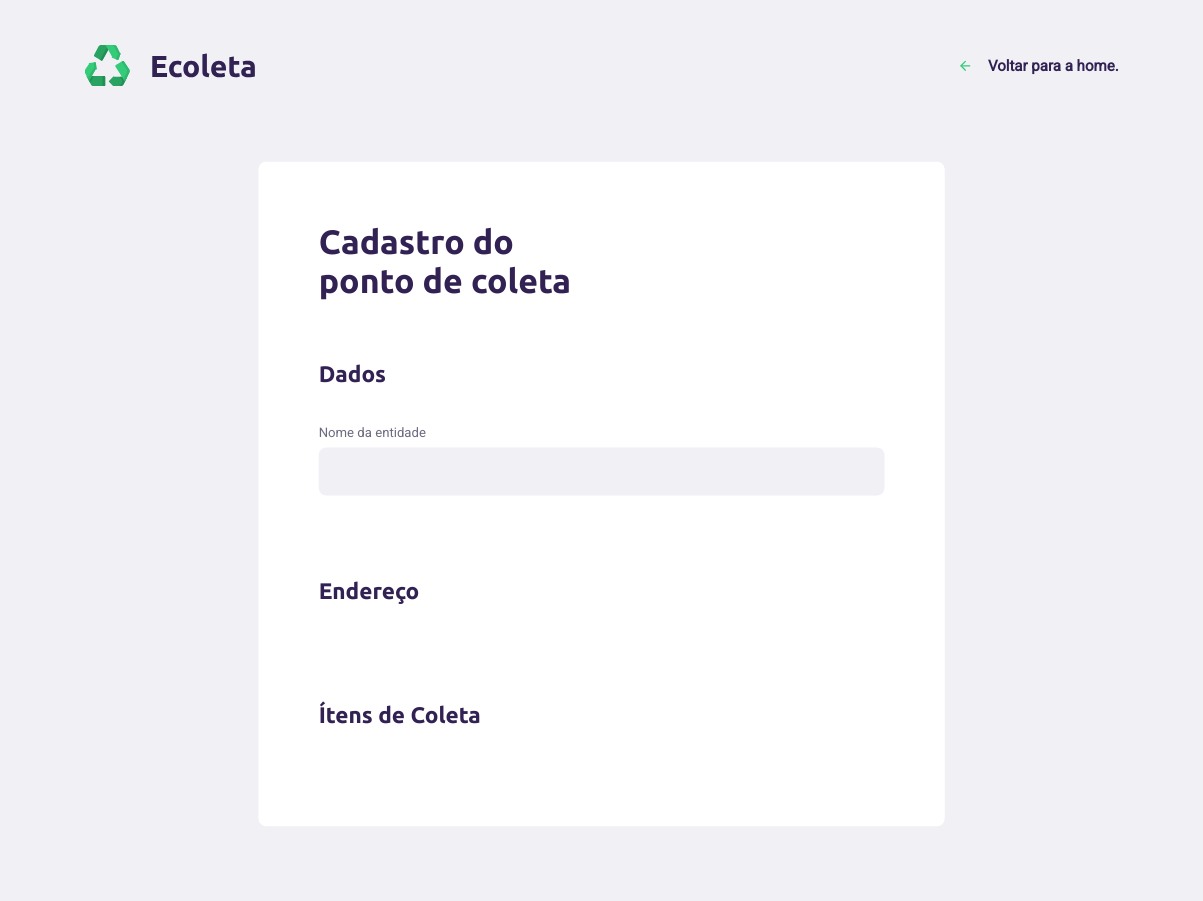
Repository: DavidSamerson/NLW_treinamento_2020
Page: /CreatePoint (app in webapp/)
An editor plug-in stored every save of this project. The page is shown before and after the next save, followed by the edit.
The browser window is 1280 px wide. The pictures show the whole page, at 94% of full size.
The project was rebuilt for these pictures with package versions that can differ from the ones it lists, and the page was loaded fresh each time. Also part of the build but not shown: webapp/src/pages/Home/styles.css, webapp/src/pages/Home/index.tsx.

Above is the page before, as saved 2020-06-16 15:20:55.

### webapp/public/index.html
<!DOCTYPE html>
<html lang="en">
  <head>
    <meta charset="utf-8" />
    <link rel="icon" href="%PUBLIC_URL%/favicon.ico" />
    <meta name="viewport" content="width=device-width, initial-scale=1" />
    <meta name="theme-color" content="#34CB79" />
    <link href="https://fonts.googleapis.com/css2?family=Roboto&family=Ubuntu:wght@700&display=swap" rel="stylesheet">
    <meta
      name="description"
      content="Web site created using create-react-app"
    />
    <link rel="apple-touch-icon" href="%PUBLIC_URL%/logo192.png" />
    <!--
      manifest.json provides metadata used when your web app is installed on a
      user's mobile device or desktop. See https://developers.google.com/web/fundamentals/web-app-manifest/
    -->
    <link rel="manifest" href="%PUBLIC_URL%/manifest.json" />
    <!--
      Notice the use of %PUBLIC_URL% in the tags above.
      It will be replaced with the URL of the `public` folder during the build.
      Only files inside the `public` folder can be referenced from the HTML.

      Unlike "/favicon.ico" or "favicon.ico", "%PUBLIC_URL%/favicon.ico" will
      work correctly both with client-side routing and a non-root public URL.
      Learn how to configure a non-root public URL by running `npm run build`.
    -->
    <title>React App</title>
  </head>
  <body>
    <noscript>You need to enable JavaScript to run this app.</noscript>
    <div id="root"></div>
    <!--
      This HTML file is a template.
      If you open it directly in the browser, you will see an empty page.

      You can add webfonts, meta tags, or analytics to this file.
      The build step will place the bundled scripts into the <body> tag.

      To begin the development, run `npm start` or `yarn start`.
      To create a production bundle, use `npm run build` or `yarn build`.
    -->
  </body>
</html>

### webapp/src/App.tsx
import React from 'react';
import './App.css';

import Home from './pages/Home';
import CreatePoint from './pages/CreatePoint';

import Routes from './routes';

//JSX -> sintaxe de xml dentro do javascript


function App() {

  return (
    <div>
        <Routes />
    </div>
  );
}

export default App;

//import React, {useState} from 'react';
//import Header from './header';


/*const [counter, setCounter] = useState(0); //[valor do estado / função para atualizar o valor do estado]
//Estado e Imutabilidade

function handleButton(){
    setCounter(counter + 1);
} */

// <Header title={`ECOLETA ${counter}`}/> -----> Passando variaveis via HTML

/*<Header title="ECOLETA 1"/>
        <Header title="ECOLETA 2"/>
        <Header title="ECOLETA 3"/>
        <Header title={`ECOLETA ${counter}`}/>

        <h1>{counter}</h1>
        <button type="button" onClick={handleButton}>Aumentar</button> */

### webapp/src/routes.tsx
import React from 'react';
import { Route, BrowserRouter } from 'react-router-dom';

import Home from './pages/Home';
import CreatePoint from './pages/CreatePoint';

const Routes = () => {
    return (
        <BrowserRouter>
            <Route component={Home} path="/" exact />
            <Route component={CreatePoint} path="/CreatePoint"/>
        </BrowserRouter>
    );
}
export default Routes;

### webapp/src/pages/CreatePoint/index.tsx
import React from 'react';
import './styles.css';
import logo from '../../assets/logo.svg';
import { Link } from 'react-router-dom';
import {FiArrowLeft} from 'react-icons/fi';

const CreatePoint = () => {
    return (
        <div id="page-create-point">
            <header>
                <img src={logo} alt="Ecoleta" />
                <Link to="/">
                    <FiArrowLeft />
                    Voltar para a home.
                </Link>
            </header>

            <form action="">
                <h1>Cadastro do <br /> ponto de coleta</h1>
                <fieldset>
                    <legend>
                        <h2>Dados</h2>
                    </legend>
                    <div className="field">
                        <label htmlFor="name">
                            Nome da entidade
                        </label>
                        <input
                            id="name"
                            name="name"
                            type="text"
                        />
                    </div>
                </fieldset>

                <fieldset>
                    <legend>
                        <h2>Endereço</h2>
                    </legend>
                </fieldset>

                <fieldset>
                    <legend>
                        <h2>Ítens de Coleta</h2>
                    </legend>
                </fieldset>
            </form>
        </div>
    )
};

export default CreatePoint;

### webapp/src/pages/CreatePoint/styles.css
#page-create-point {
  width: 100%;
  max-width: 1100px;

  margin: 0 auto;
}

#page-create-point header {
  margin-top: 48px;

  display: flex;
  justify-content: space-between;
  align-items: center;
}

#page-create-point header a {
  color: var(--title-color);
  font-weight: bold;
  text-decoration: none;

  display: flex;
  align-items: center;
}

#page-create-point header a svg {
  margin-right: 16px;
  color: var(--primary-color);
}

#page-create-point form {
  margin: 80px auto;
  padding: 64px;
  max-width: 730px;
  background: #FFF;
  border-radius: 8px;

  display: flex;
  flex-direction: column;
}

#page-create-point form h1 {
  font-size: 36px;
}

#page-create-point form fieldset {
  margin-top: 64px;
  min-inline-size: auto;
  border: 0;
}

#page-create-point form legend {
  width: 100%;
  display: flex;
  justify-content: space-between;
  align-items: center;
  margin-bottom: 40px;
}

#page-create-point form legend h2 {
  font-size: 24px;
}

#page-create-point form legend span {
  font-size: 14px;
  font-weight: normal;
  color: var(--text-color);
}

#page-create-point form .field-group {
  flex: 1;
  display: flex;
}

#page-create-point form .field {
  flex: 1;

  display: flex;
  flex-direction: column;
  margin-bottom: 24px;
}

#page-create-point form .field input[type=text],
#page-create-point form .field input[type=email],
#page-create-point form .field input[type=number] {
  flex: 1;
  background: #F0F0F5;
  border-radius: 8px;
  border: 0;
  padding: 16px 24px;
  font-size: 16px;
  color: #6C6C80;
}

#page-create-point form .field select {
  -webkit-appearance: none;
  -moz-appearance: none;
  appearance: none;
  flex: 1;
  background: #F0F0F5;
  border-radius: 8px;
  border: 0;
  padding: 16px 24px;
  font-size: 16px;
  color: #6C6C80;
}

#page-create-point form .field input::placeholder {
  color: #A0A0B2;
}

#page-create-point form .field label {
  font-size: 14px;
  margin-bottom: 8px;
}

#page-create-point form .field :disabled {
  cursor: not-allowed;
}

#page-create-point form .field-group .field + .field {
  margin-left: 24px;
}

#page-create-point form .field-group input + input {
  margin-left: 24px;
}

#page-create-point form .field-check {
  flex-direction: row;
  align-items: center;
}

#page-create-point form .field-check input[type=checkbox] {
  background: #F0F0F5;
}

#page-create-point form .field-check label {
  margin: 0 0 0 8px;
}

#page-create-point form .leaflet-container {
  width: 100%;
  height: 350px;
  border-radius: 8px;
  margin-bottom: 24px;
}

#page-create-point form button {
  width: 260px;
  height: 56px;
  background: var(--primary-color);
  border-radius: 8px;
  color: #FFF;
  font-weight: bold;
  font-size: 16px;
  border: 0;
  align-self: flex-end;
  margin-top: 40px;
  transition: background-color 0.2s;
  cursor: pointer;
}

#page-create-point form button:hover {
  background: #2FB86E;
}

.items-grid {
  display: grid;
  grid-template-columns: repeat(3, 1fr);
  gap: 16px;
  list-style: none;
}

.items-grid li {
  background: #f5f5f5;
  border: 2px solid #f5f5f5;
  height: 180px;
  border-radius: 8px;
  padding: 32px 24px 16px;

  display: flex;
  flex-direction: column;
  justify-content: space-between;
  align-items: center;

  text-align: center;

  cursor: pointer;
}

.items-grid li span {
  flex: 1;
  margin-top: 12px;

  display: flex;
  align-items: center;
  color: var(--title-color)
}

.items-grid li.selected {
  background: #E1FAEC;
  border: 2px solid #34CB79;
}

Loaded but not shown: webapp/src/index.tsx (common file); webapp/src/App.css (common file)

After the next save:
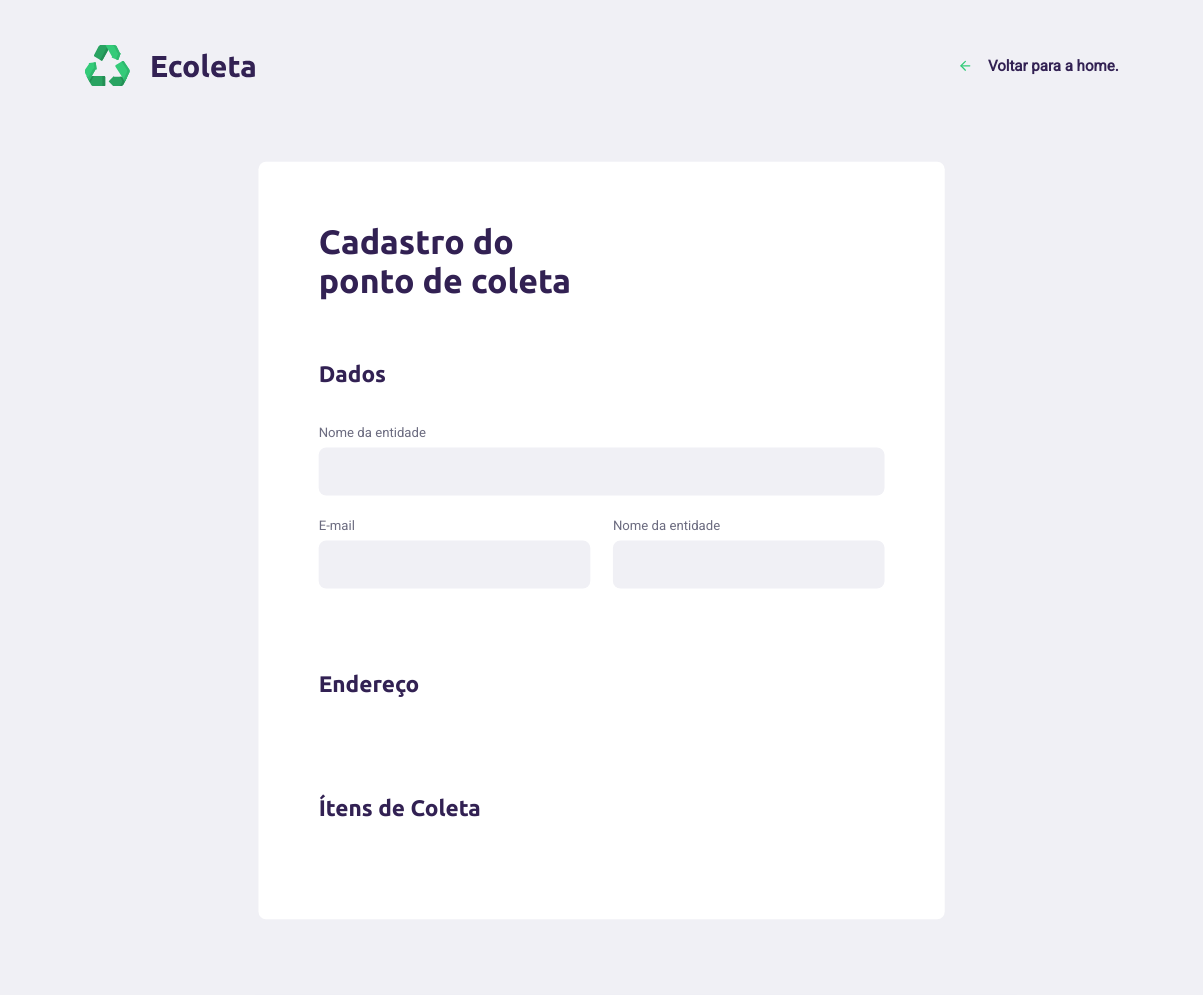
Saved 117 s later.
--- a/webapp/src/pages/CreatePoint/index.tsx
+++ b/webapp/src/pages/CreatePoint/index.tsx
@@ -31,6 +31,31 @@ const CreatePoint = () => {
                             type="text"
                         />
                     </div>
+
+                    <div className="field-group">
+
+                        <div className="field">
+                        <label htmlFor="email">
+                            E-mail
+                        </label>
+                        <input
+                            id="email"
+                            name="email"
+                            type="email"
+                        />
+                    </div>
+                    <div className="field">
+                        <label htmlFor="name">
+                            Nome da entidade
+                        </label>
+                        <input
+                            id="name"
+                            name="name"
+                            type="text"
+                        />
+                    </div>
+
+                    </div>
                 </fieldset>
 
                 <fieldset>
